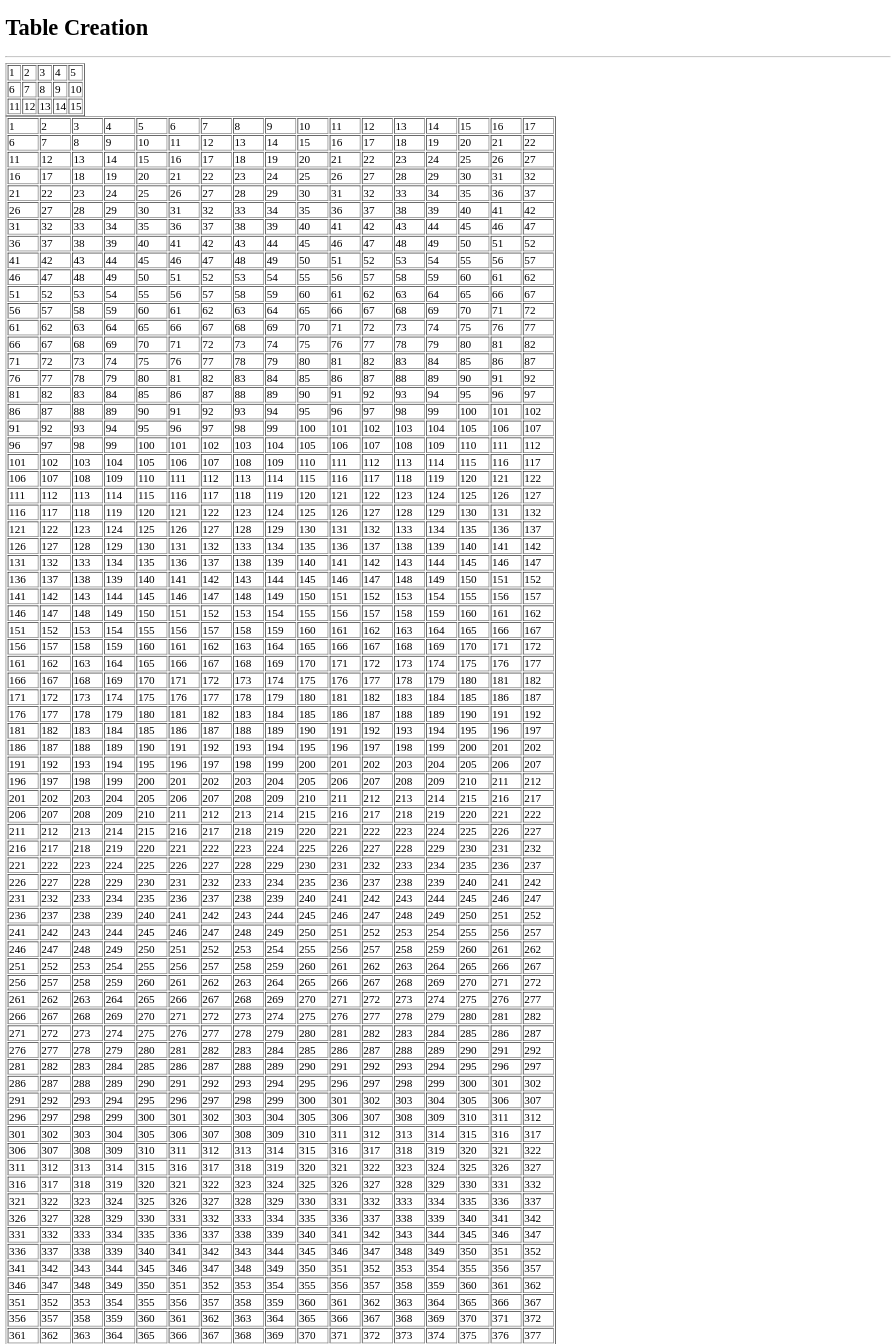
Repository: minjuleee/Server_study
Page: http://localhost/web/04_script_test.jsp
An editor plug-in stored every save of this project. The page is shown before and after the next save, followed by the edit.
The browser window is 1280 px wide. The pictures show the part of the page from y = 0 to 1920 px (the page is 415666 px tall before and 24178 px after), at 70% of full size.
The page is served by Tomcat 10. Other server files are loaded and not shown.

Above is the page before, as saved 2025-11-18 13:31:29.

### dev/web/src/main/webapp/04_script_test.jsp
<%@ page language="java" contentType="text/html; charset=UTF-8"
    pageEncoding="UTF-8"%>
<!DOCTYPE html>
<html>
<head>
<meta charset="UTF-8">
<title>Script Test</title>
</head>
<body>
	<h1>Table Creation</h1>
	<hr>
	<!-- Manual Job -->
	<table border="1">
		<tr><td>1</td><td>2</td><td>3</td><td>4</td><td>5</td></tr>
		<tr><td>6</td><td>7</td><td>8</td><td>9</td><td>10</td></tr>
		<tr><td>11</td><td>12</td><td>13</td><td>14</td><td>15</td></tr>
	</table>

	<!-- Using JSP -->
	<table border="1">
<%
	int ROWS = 17312;
	int COLUMNS = 17;
%>
<% 	for(int i=0; i<ROWS; i++){ 			%>
		<tr>
<% 		for(int j=0; j<COLUMNS;j++){ 			%>
			<td><%=i*5 + j + 1 %></td>
<% 		} 								%>
		</tr>
<%	}									%>
	</table>
</body>
</html>

After the next save:
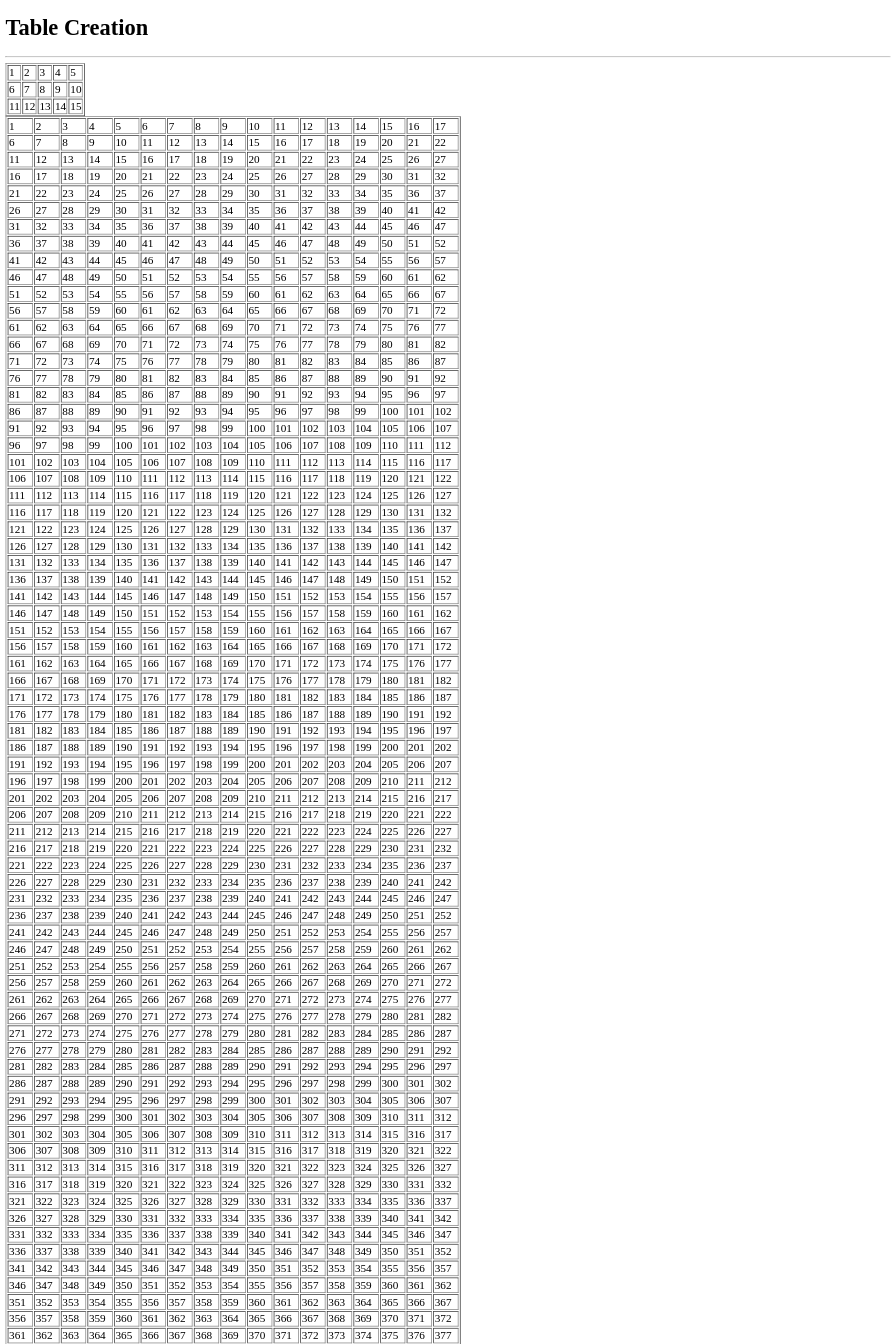
Saved 53 s later.
--- a/dev/web/src/main/webapp/04_script_test.jsp
+++ b/dev/web/src/main/webapp/04_script_test.jsp
@@ -19,7 +19,7 @@
 	<!-- Using JSP -->
 	<table border="1">
 <%
-	int ROWS = 17312;
+	int ROWS = 1000;
 	int COLUMNS = 17;
 %>
 <% 	for(int i=0; i<ROWS; i++){ 			%>
